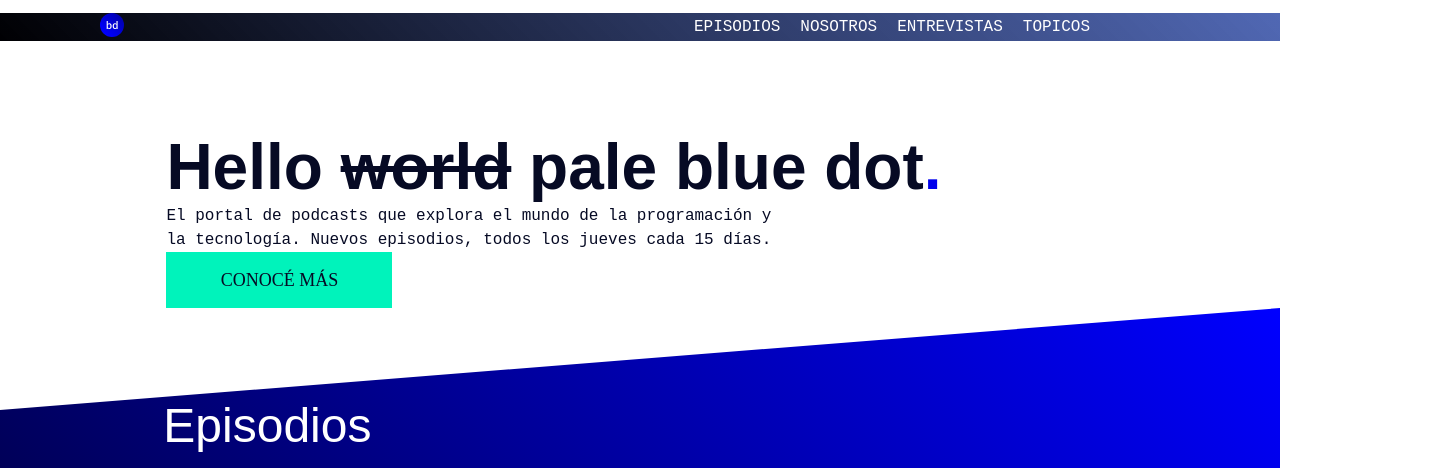
Repository: FedeGA93/podcast
Page: index.html
The author's editor kept a copy of each file at every save. The page is drawn from the files as they stood at one save, then again after a run of saves.
The browser window is 1280 px wide. The page is 1440 px wide, so the pictures cover 1440 px, including what lies to the right of the window. The pictures show the part of the page from y = 0 to 468 px (the page is 3253 px tall before and 3242 px after).
Pictures or frames that could not be fetched are drawn as grey boxes. Some web fonts or font styles are not loaded; a fallback is used. Some web libraries are served in a nearby version.

Above is the page before, as saved 2019-11-26 20:48:34.

### index.html
<!DOCTYPE html>
<html lang="es">

<head>
    <meta charset="UTF-8">
    <meta name="viewport" content="width=device-width, initial-scale=1.0">
    <meta http-equiv="X-UA-Compatible" content="ie=edge">
    <title>BlueDot</title>
    <link rel="stylesheet" href="styles/styles.css">
    <link href="https://fonts.googleapis.com/css?family=IBM+Plex+Mono/IBM+Plex+Sans:400,400i,500,600&display=swap"
        rel="stylesheet">
    <link rel="stylesheet" href="https://cdnjs.cloudflare.com/ajax/libs/font-awesome/5.11.2/css/all.css">
    <link rel="shortcut icon" href="images/logo.ico" type="image/x-icon">
    <link rel="icon" href="images/logo.ico" type="image/x-icon">
</head>

<body>
    <header class="estilo-header nav">
        <nav >
            <div class="menu">
                <div>
                    <img src="images/logo.svg" alt="Logo del podcast" class="responsive-logo">
                </div>
                <div>

                    <!-- DEsde acá-->
                    <input type="checkbox" id="transformacion" />
                    <label for="transformacion" class="fija-menu">
                        <span class="barras-negras-hamburger bar1"></span>
                        <span class="barras-negras-hamburger bar2"></span>
                        <span class="barras-negras-hamburger bar3"></span>
                    </label>
                    <!--Hasta acá es lo que tengo que copiar-->
                    <ul class="menu-hijo">
                        <li><a class="color-letras" href="#epi">EPISODIOS</a></li>
                        <li><a class="color-letras" href="#nos">NOSOTROS</a></li>
                        <li><a class="color-letras" href="#ent">ENTREVISTAS</a></li>
                        <li><a class="color-letras" href="#topi">TOPICOS</a></li>
                    </ul>

                </div>
            </div>
        </nav>
    </header>
    <main class="primera-caja">
        <div class="centrado">
            <h1>Hello <s>world</s> pale blue dot<strong class="color-punto">.</strong></h1>
        </div>
        <div class="centrado">
            <p class="parrafos-general">El portal de podcasts que explora el mundo de la programación y <br> la
                tecnología.
                Nuevos episodios, todos los jueves cada 15 días.</p>
        </div>
        <div class="main-child">
            <div>
                <p><a class="btn cnmas" href="#nos">CONOCÉ MÁS</a></p>
            </div>
        </div>
    </main>
    <section>

        <div class="fondo-azul-gradiente sec">

            <div class="corteuno"></div>
            <div class="cortedos"></div>
            <div>
                <p class="color-blanco pad" id="epi">Episodios</p>
            </div>
            <div class="flex-spotify">
                <iframe src="https://open.spotify.com/embed-podcast/show/2ySVrxGkN6n6frMTo9Nsrt"
                    ></iframe>
                <iframe src="https://open.spotify.com/embed-podcast/show/4kYCRYJ3yK5DQbP5tbfZby"
                    ></iframe>
                <iframe src="https://open.spotify.com/embed-podcast/episode/2VHYWRX1mHcZQS89y3z2Xv" ></iframe>
                <iframe src="https://open.spotify.com/embed-podcast/show/2Iibd5A6R7mxkCm4NwNmUn"
                    ></iframe>
            </div>
        </div>
    </section>
    <section>

        <div class="informacion">
            <div>
                <img src="images/phone.png" alt="El podcast en un telefono" class="telefono">
            </div>
            <div>
                <h2 class="color-negro" id="nos">De dónde venimos</h2>

                <p class="parrafos-general limit-text">Our posturings, our imagined self-importance, the delusion that
                    we
                    have some
                    privileged position in the Universe, are challenged by this point of pale light. </p> <br>

                <p class="parrafos-general limit-text">
                    Our planet is a lonely speck in the great enveloping cosmic dark. In our obscurity, in all this
                    vastness, there is no hint that help will come from elsewhere to save us from ourselves.</p>

            </div>
        </div>

    </section>
    <section>
        <h2 class="color-negro paddie" id="ent">
            Invitadas/os Estelares
        </h2>

        <div class="photo-box">
            <img src="images/grace-hopper.png" alt="Foto de Grace Hopper" class="photos">
            <img src="images/Katie-Bouman.png" alt="Foto de Katie Bouman" class="photos">
            <img src="images/Margaret_Hamilton.png" alt="Margaret Hamilton" class="photos">
            <img src="images/computadora1950.png" alt="Una computadora del año 1950" class="photos">
            <img src="images/computadoraprogramable.png" alt="La primera computadora programable del mundo"
                class="photos">
            <img src="images/susan-kare.png" alt="Foto de Susan Kare" class="photos">

        </div>
    </section>
    <section class="top">
        <h2 class="color-negro center-text" id="topi">Algunos de nuestros temas</h2>
        <div>
            <section class="alineado">
                <div>
                    <img src="images/icon1.svg" alt="Una computadora que demuestra el trabajo remoto"
                        class="theme-size">
                    <p class="temas">Trabajo remoto</p>
                </div>
                <div>
                    <img src="images/icon2.svg" alt="Una cabeza pensando" class="theme-size">
                    <p class="temas">Repensando la programación</p>
                </div>

                <div>
                    <img src="images/icon3.svg" alt=" Un libro de código" class="theme-size">
                    <p class="temas">Bases de código</p>
                </div>

                <div>
                    <img src="images/icon4.svg" alt="Logo de seguridad" class="theme-size">
                    <p class="temas">Seguridad informática</p>
                </div>
            </section>
        </div>
    </section>
    <section>
        <div class="fondo-azul-gradiente secfoot">
                <svg xmlns="http://www.w3.org/2000/svg" viewBox="0 0 100 100" preserveAspectRatio="xMidYMid meet" >
                    <polygon fill="white" points="0,0 1440,0 0,85" />
                </svg>
            <div>
                <h2 class="color-blanco center-text">
                    ¿Querés las últimas novedades?
                </h2>
            </div>

            <div>
                <p> <a class="btn ele" href="#epi">ESCUCHÁ LOS EPISODIOS</a> </p>
            </div>

        </div>
    </section>

    <footer>
        <div class="flex-end">
            <h3 class="informacion">© 2019— Hello blue pale dot </h3>
            <div class="sin-deco">
                <a href="https://open.spotify.com/show/6xpiit8aJmwDHk1rKdxmri"><i class="fab fa-spotify"></i></a>
                <a href="https://twitter.com/w3c"> <i class="fab fa-twitter"></i></a>
                <a href="https://www.instagram.com/coding/"><i class="fab fa-instagram"></i></a>
                <a href="https://www.facebook.com/programminggeeks.in/"><i class="fab fa-facebook"></i></a>
            </div>
        </div>
    </footer>
</body>

</html>

### styles/styles.css
* {
  margin: 0;
  padding: 0;
  border: 0;
  box-sizing: content-box;
}

.menu {
  display: flex;
  flex-flow: row;
  justify-content: space-between;
  margin-top:1%;
  padding: 0 190px 0 100px;
  position: static;
  top: 0;
  overflow: hidden;
}
.menu-hijo {
  display: flex;
  flex-flow: row wrap;
  text-decoration: none;
  list-style-type: none;
  justify-content: flex-end;
  text-indent: 20px;

}
.nav{
  position:sticky;
  top:0;
  z-index:1000;
  background-image: linear-gradient(225deg, #012392af 0%, #000003 100%);
  }

.primera-caja {
  display: flex;
  flex-flow: column;
  padding: 7% 13% 0;
}
.centrado {
  justify-content: center;
}
.color-letras:active {
  color: RGBA(6, 10, 36, 0.53);
}
.color-letras:hover {
  color: #00f3bb;
  text-decoration: line-through;
}
.color-letras {
  font-family: "IBM Plex Mono", monospace;
  font-size: 16px;
  color: white;
  letter-spacing: 0;
  line-height: 28px;
  text-decoration: none;
}

h1 {
  font-family: "IBM Plex Sans", sans-serif;
  font-size: 64px;
  color: #060a24;
  letter-spacing: 0;
}
.color-punto {
  font-family: "IBM Plex Sans", sans-serif;
  font-size: 64px;
  color: #0000ec;
  letter-spacing: 0;
}
.parrafos-general {
  font-family: "IBM Plex Mono", monospace;
  font-size: 16px;
  color: #060a24;
  letter-spacing: 0;
  line-height: 24px;
}

input {
  display: none;
}

.sec {
  position: relative;
  width: 100%;
  height: 124vh;
  overflow: hidden;
}
.secfoot {
  display: flex;
  justify-content: center;
  align-items: center;
  flex-direction: column;
  position: relative;
  width: 100%;
  height: 50vh;
  overflow: hidden;
}
.fondo-azul-gradiente {
  background-image: linear-gradient(225deg, #0000ff 0%, #000003 100%);
}

/* Cortes del fondo */
svg {
  position: absolute;
  bottom: 0;
  width: 100%;
  height: auto;

}

.corteuno {
  position: absolute;
  top: 0;
  left: 0;
  border-width: 0 0 8vw 100vw;
  border-style: solid;
  border-color: transparent #fff transparent;
}
.cortedos {
  position: absolute;
  bottom: 0;
  left: 0;
  border-width: 0 0 10vw 100vw;
  border-style: solid;
  border-color: transparent transparent #fff;
}
/* terminan los cortes */
.color-blanco {
  font-family: "IBM Plex Sans", sans-serif;
  font-size: 48px;
  color: #ffffff;
  letter-spacing: 0;
}
.color-negro {
  font-family: "IBM Plex Sans", sans-serif;
  font-size: 48px;
  color: #060a24;
  letter-spacing: 0;
}
.informacion {
  display: flex;
  justify-content: flex-start;
  flex-direction: row;
}

.btn {
  display: flex;
  align-items: center;
  justify-content: center;
  background-color: #00f3bb;
  font-family: "IBMPlexMono", Medium;
  font-size: 18px;
  color: #060a24;
  letter-spacing: 0;
  text-align: center;
  line-height: 24px;
  text-decoration: none;
}
.btn:hover,
.btn:focus {
  background-image: linear-gradient(225deg, #0000fe 0%, #00f0b8 100%);
  color: #ffffff;
}
.cnmas {
  height: 56px;
  width: 226px;
}
.ele {
  width: 345px;
  height: 56px;
}

.flex {
  display: flex;
  flex-direction: row;
  flex-wrap: nowrap;
  justify-content: space-between;
}
.pad {
  padding: 7% 12.76% 0;
}
.flex-spotify {
  display: flex;
  flex-flow: row wrap;
  padding: 2% 8%;
}
.temas {
  font-family: "IBMPlexSans";
  font-weight: 600;
  font-size: 24px;
  color: #060a24;
  letter-spacing: 0;
  text-align: center;
}

.alineado {
  display: flex;
  flex-flow: row;
  justify-content: space-evenly;
  text-align: center;
}
.telefono {
  position: relative;
  top: -311px;
  height: 660px;
  width: 457.6px;
  padding: 200px 64px 0 200px;
}
iframe {
  padding: 0 72px 72px 0;
  position: relative;
  z-index: 1;
  width: 44%;
  height: 232px;
}

.paddie {
  margin: -267px 0 36px 200px;
  z-index: 1;
}
.photos {
  width: 480px;
  height: 364px;
}
.photo-box {
  width: fit-content;
  display: grid;
  grid-template-columns: repeat(3, 0fr);

}
.limit-text {
  width: 54%;
}
.theme-size {
  width: 104px;
  height: 104px;
}
.top {
  margin-top: 5%;
}
.flex-end {
  display: flex;
  flex-direction: row;
  justify-content: space-between;
}
.sin-deco a {
  text-decoration: none;
  color: black;
}
/*
  ***************************************************
    ***********************************************
      ********************************************
        ****************************************
        *****************MOBILE*****************
        ****************************************
      ********************************************
     **********************************************
   **************************************************
 */

@media screen and (max-width: 600px) {
  * {
    margin: 0px;
    padding: 0;
    border: 0;
  }
  .estilo-header {
    padding: 3%;
  }
  .barra-navegadora {
    display: none;
  }
  .menu {
    padding: 0px;
    position: sticky;
  }
  .seccion {
    width: 100%;
  }

  .responsive-logo {
    margin: 2.2% 87.5% 1.2% 2%;
  }
  .menu-hijo {
    display: none;
  }
  .menu-hijo:hover {
    display: block;
  }
  h1 {
    font-family: "IBM Plex Sans", sans-serif;
    font-size: 36px;
    color: #060a24;
    letter-spacing: 0;
    line-height: 42px;
  }

  .parrafos-general {
    font-family: "IBM Plex Mono", monospace;
    font-size: 14px;
    color: #060a24;
    letter-spacing: 0;
    line-height: 22px;
  }
  .color-blanco {
    font-family: "IBM Plex Sans", sans-serif;
    font-size: 36px;
    color: #ffffff;
    letter-spacing: 0;
    line-height: 42px;
  }
  .color-negro {
    font-family: "IBM Plex Sans", sans-serif;
    font-size: 36px;
    color: #060a24;
    letter-spacing: 0;
    line-height: 42px;
  }
  .cnmas {
    height: 48px;
    width: 100%;
  }

  .barras-negras-hamburger {
    display: block;
    width: 33px;
    height: 4px;
    margin-bottom: 5px;
    position: relative;
    background: black;
    border-radius: 3px;
  }
  .sec {
    height: 165vh;
  }
  .secfoot {
    height: 40vh;
  }
  .center-text {
    text-align: center;
  }
  .telefono {
    top: -60px;
    padding: 0 0 0 9%;
    width: 360px;
    height: 519px;
  }
  .photo-box {
    grid-template-columns: repeat(1, 0);
    grid-template-rows: repeat(1, 16.5%);
  }
  .paddie {
    margin: 0;
  }
  .photos {
    height: auto;
    width: 100vw;
  }
  iframe {
    padding: 1%;
    width: auto;
  }
  .informacion {
    flex-direction: column;
  }
  .alineado {
    flex-direction: column;
  }
  .flex-spotify {
    padding: 2% 15%;
  }
  /* A partir de acá es el menu*/

  input[type="checkbox"]:checked ~ label > span.bar1 {
    -webkit-transform: rotate(-45deg) translate(-8px, 6px);
    transform: rotate(-45deg) translate(-8px, 6px);
    transition-delay: 0.1s;
  }
  input[type="checkbox"]:checked ~ label > span.bar2 {
    opacity: 0;
  }
  input[type="checkbox"]:checked ~ label > span.bar3 {
    -webkit-transform: rotate(45deg) translate(-8px, -6px);
    transform: rotate(45deg) translate(-8px, -6px);
    transition-delay: 0.1s;
  }
  input[type="checkbox"]:checked ~ .menu-hijo {
    background-color: blue;
    display: block;
    margin: auto;
    padding: initial;
    z-index: 1000;
    color: #fff;
  }

  input {
    display: none;
  }
  .fija-menu {
    display: block;
    direction: rtl;
  }
  /* hasta acá*/
  svg{
    bottom: 50%;
  }
}

@media screen and (max-width: 349px) {
  .sec {
    width: 129%;
  }
  .photos {
    width: 411px;
  }
  .cnmas {
    width: 100vw;
  }
  .corteuno {
    border-width: 0 0 12vw 158vw;
  }
  .cortedos {
    border-width: 0 0 19vw 129vw;
  }
  .secfoot{
    width: 129vw;
  }
  .top{
    margin-left: 27%;
  }
}
/*
  ***************************************************
    ***********************************************
      ********************************************
        ****************************************
         ***************TABLET*****************
        ****************************************
      ********************************************
     **********************************************
   **************************************************
 */
/*  @media screen and (max-width:601px) {


  } */

After the next 2 saves:
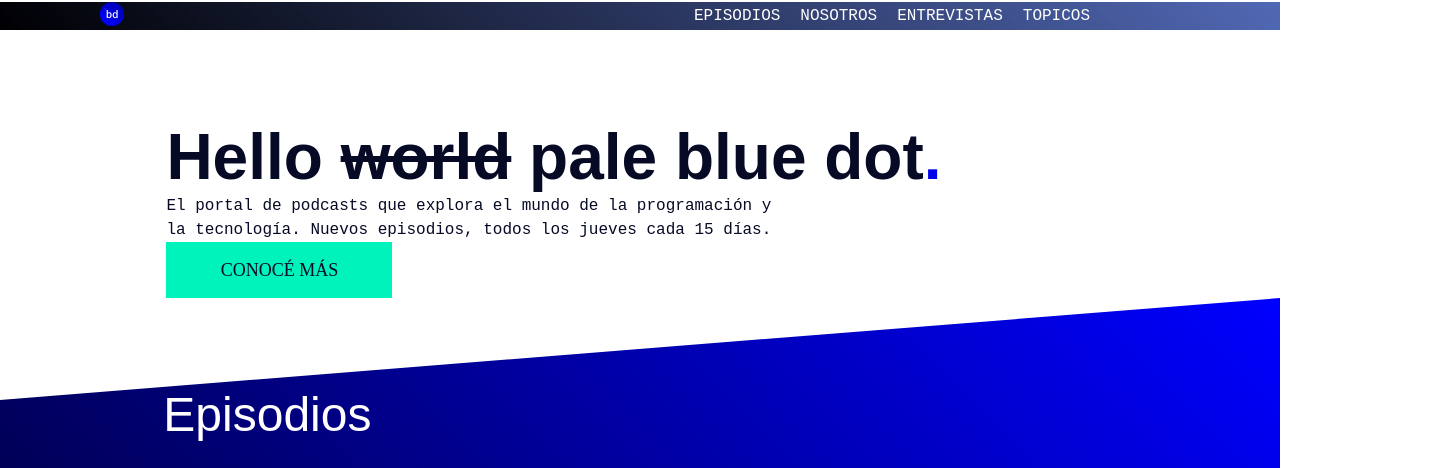
The 2 saves are shown as one change because they came seconds apart.
The last was saved 49 s later.
--- a/styles/styles.css
+++ b/styles/styles.css
@@ -9,7 +9,7 @@
   display: flex;
   flex-flow: row;
   justify-content: space-between;
-  margin-top:1%;
+  margin-top:2px;
   padding: 0 190px 0 100px;
   position: static;
   top: 0;
